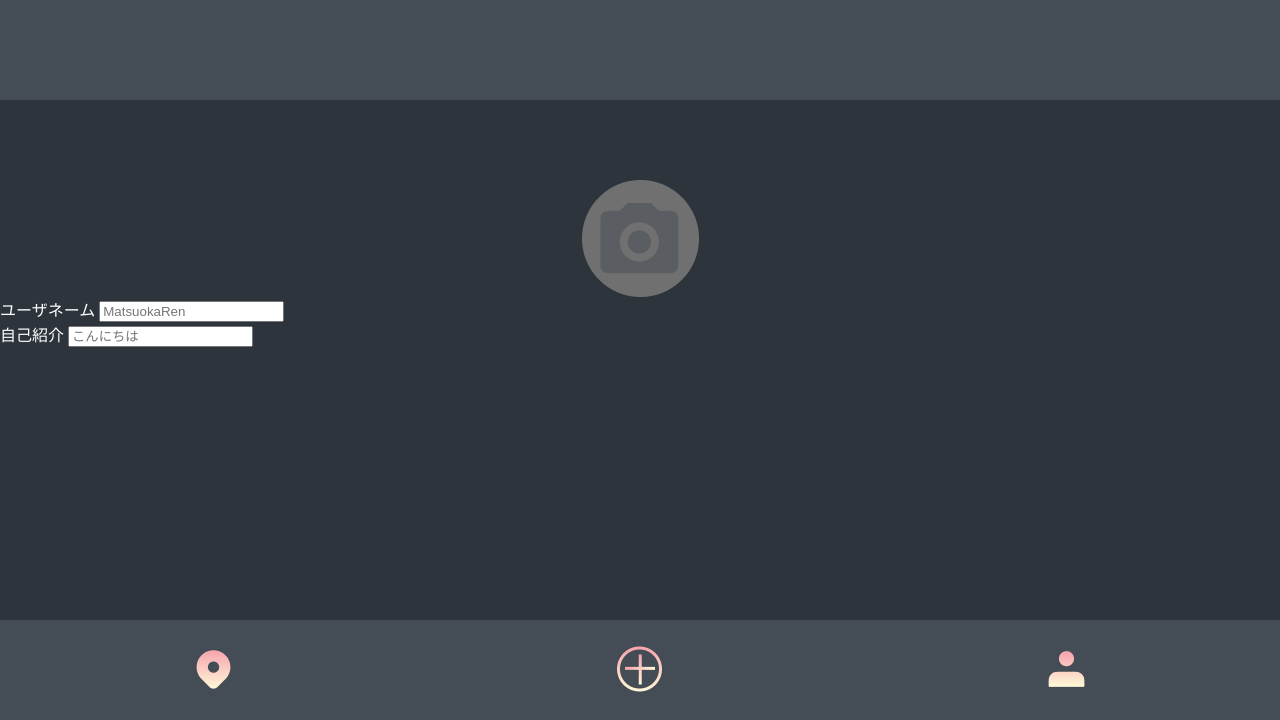
Repository: ren0714poo/respos
Page: edit.html
The author's editor kept a copy of each file at every save. The page is drawn from the files as they stood at one save, then again after the next save.
The browser window is 1280 px wide. The pictures show the whole page.

Above is the page before, as saved 2025-07-17 13:58:39.

After the next save:
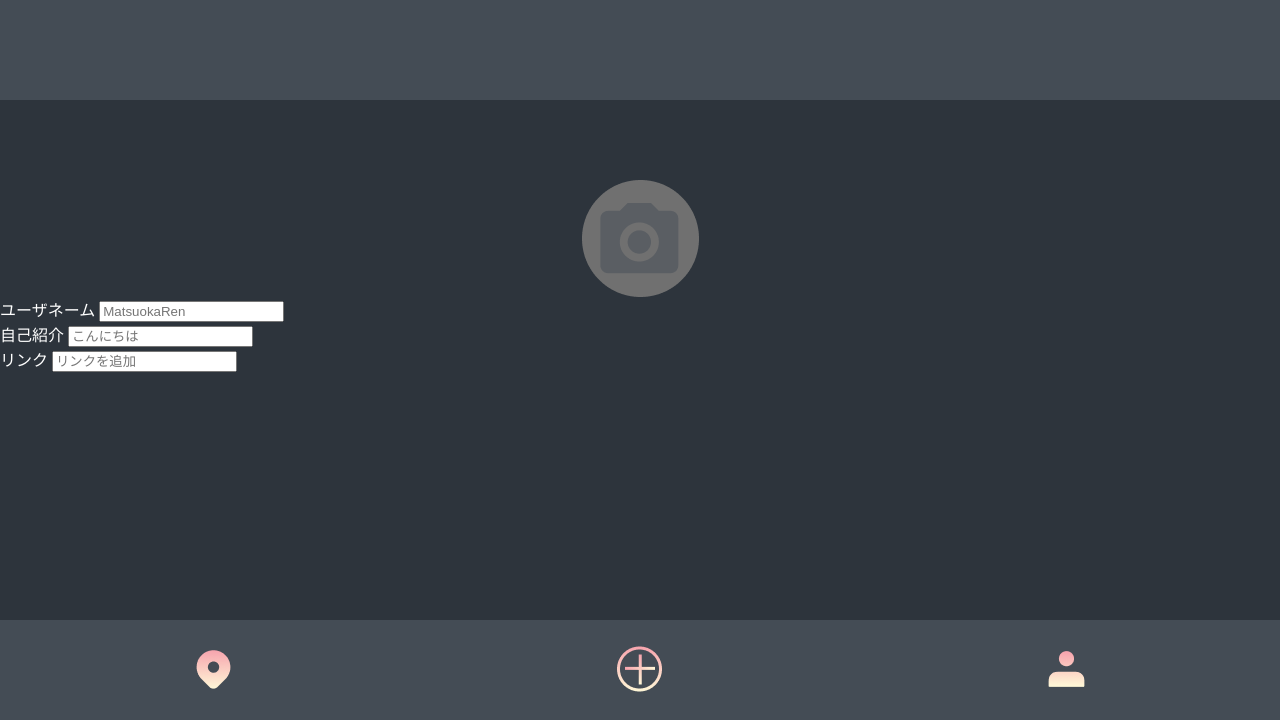
Saved 26 s later.
--- a/edit.html
+++ b/edit.html
@@ -17,6 +17,8 @@
       <input type="text" placeholder="MatsuokaRen"><br>
       自己紹介
       <input type="text" placeholder="こんにちは"><br>
+      リンク
+      <input type="text" placeholder="リンクを追加">
 
     </div>
   </main>
